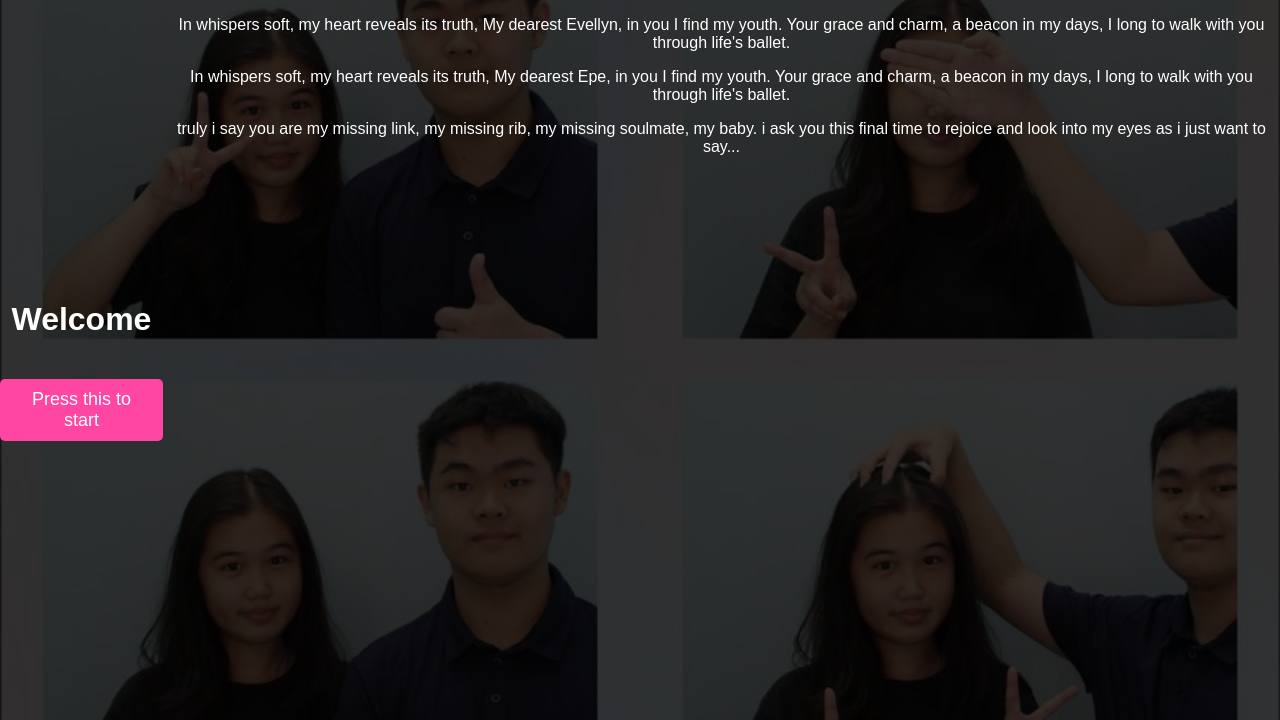
Repository: SnakeXrnt/project-cnf
Page: index.html
The author's editor kept a copy of each file at every save. The page is drawn from the files as they stood at one save, then again after the next save.
The browser window is 1280 px wide. The pictures show the whole page.
Some web fonts or font styles are not loaded; a fallback is used.

Above is the page before, as saved 2024-06-22 15:50:20.

After the next save:
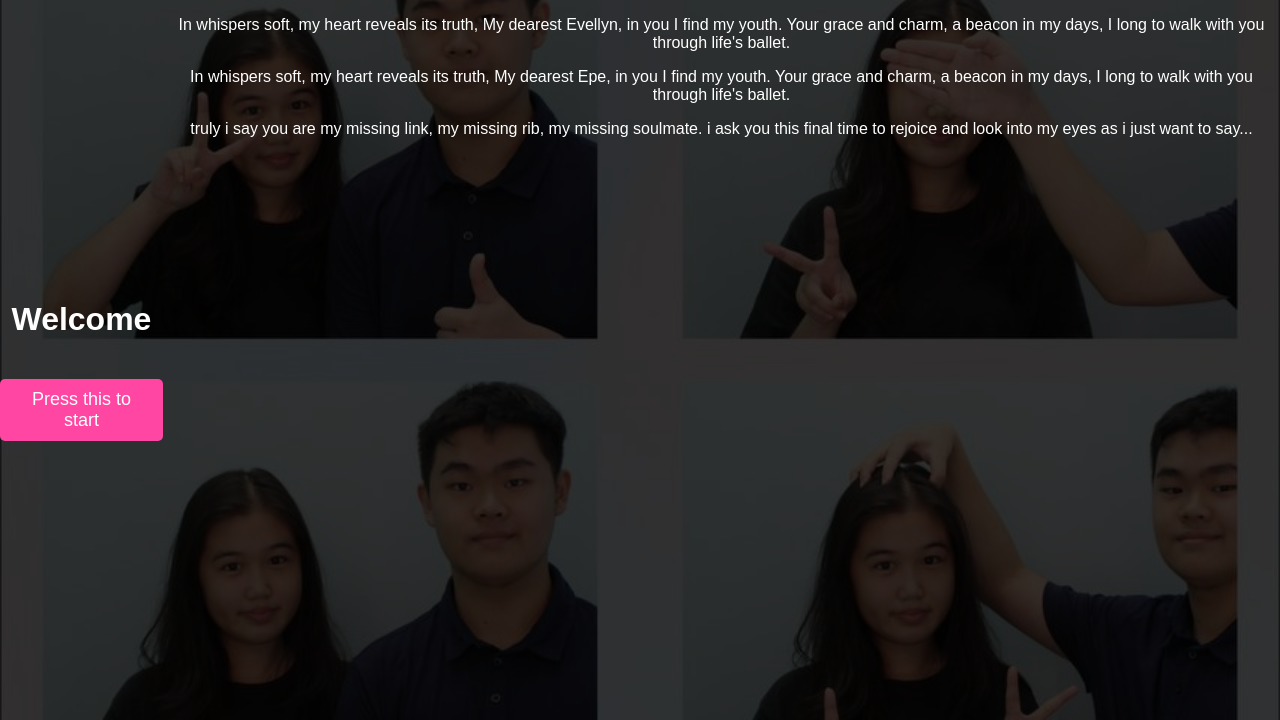
Saved 6 s later.
--- a/index.html
+++ b/index.html
@@ -57,7 +57,7 @@
             Your grace and charm, a beacon in my days,
             I long to walk with you through life's ballet.</p>
         <p>
-            truly i say you are my missing link, my missing rib, my missing soulmate, my baby. i ask you this final time to rejoice and look into my eyes as i just want to say...
+            truly i say you are my missing link, my missing rib, my missing soulmate. i ask you this final time to rejoice and look into my eyes as i just want to say...
         </p>
     </div>
 
